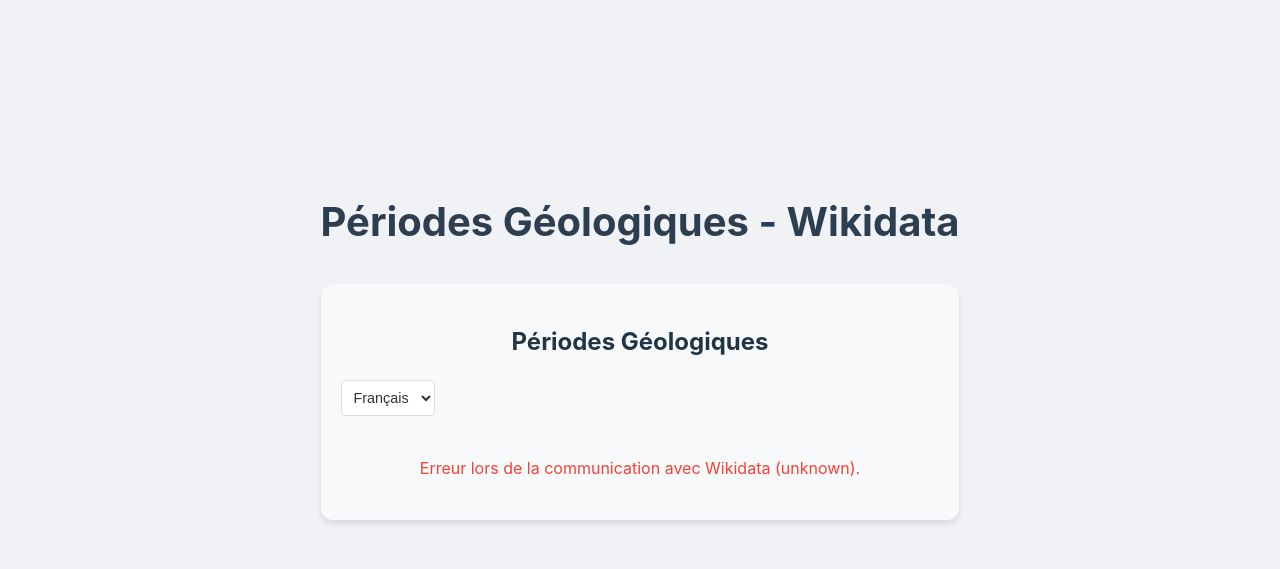
Repository: flobutbut/api_Wikidata
Page: /
An editor plug-in stored every save of this project. The page is shown before and after the next save, followed by the edit.
The browser window is 1280 px wide. The pictures show the whole page.
The page's requests for data from a server got no answer. The project was rebuilt for these pictures with package versions that can differ from the ones it lists, and the page was loaded fresh each time. No one was signed in, and anything a server would have sent is missing. Also part of the build but not shown: vite.config.ts, src/components/GeologicalPeriodCard.vue, src/components/BackButton.vue.

Above is the page before, as saved 2025-03-27 02:06:55.

After the next save:
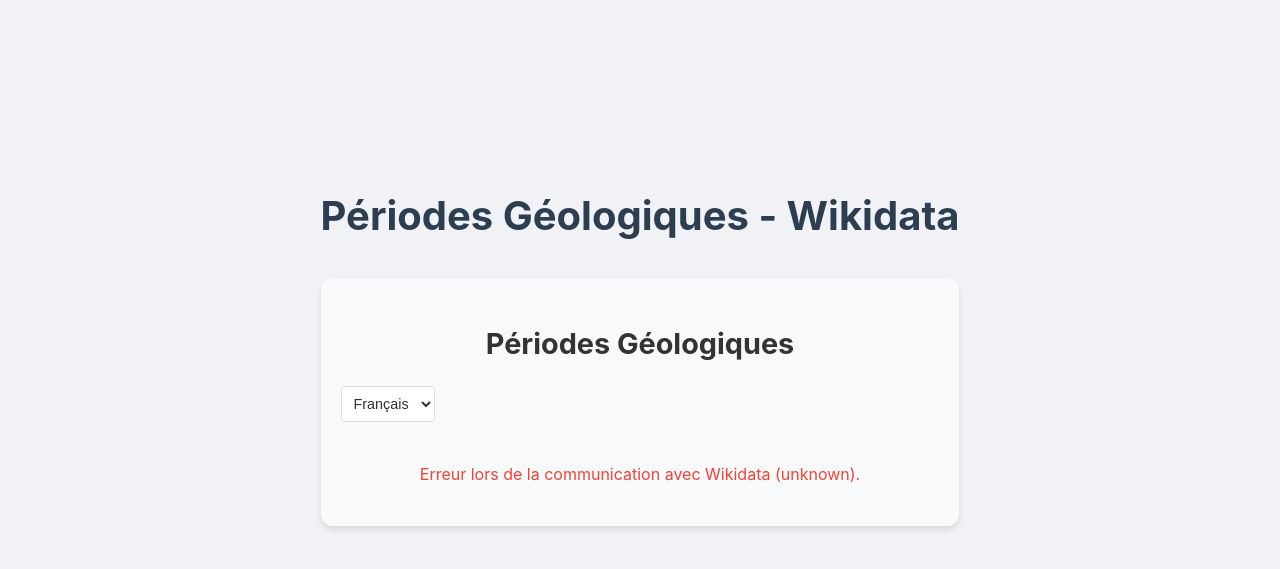
Saved 16 s later.
--- a/src/components/GeologicalPeriods.vue
+++ b/src/components/GeologicalPeriods.vue
@@ -1,6 +1,6 @@
 <template>
   <div class="geological-periods">
-    <h2>Périodes Géologiques</h2>
+    <h2 class="title">Périodes Géologiques</h2>
 
     <div class="controls">
       <LanguageSelector
@@ -85,6 +85,12 @@
   margin: 0 auto;
 }
 
+.title {
+  color: #333;
+  margin-bottom: 20px;
+  font-size: 1.8em;
+}
+
 .controls {
   display: flex;
   gap: 10px;
